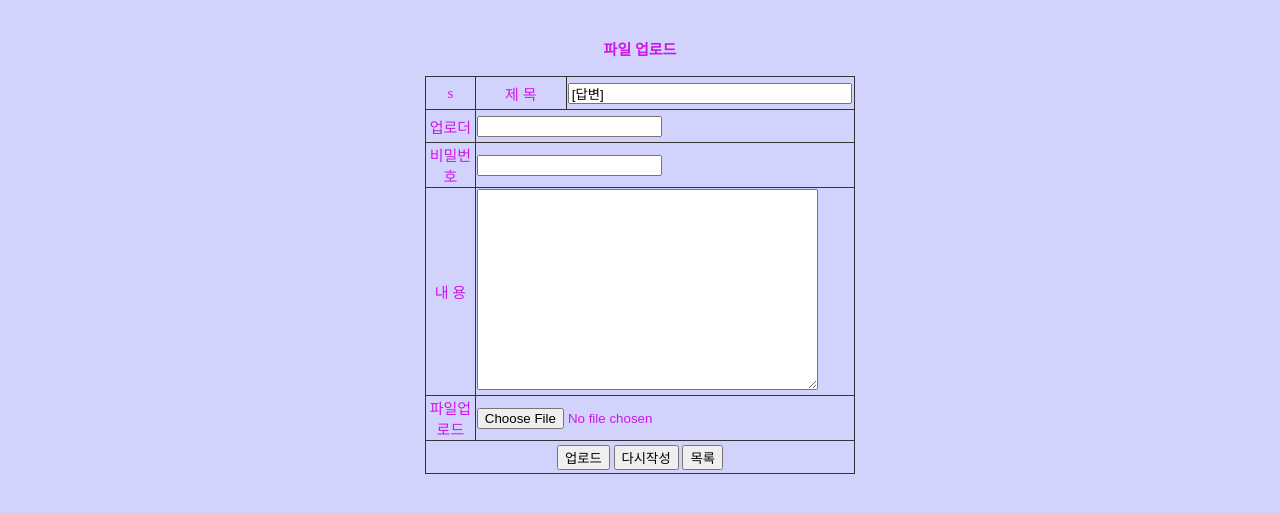
Repository: LouisKisaragi/BB-Bank
Page: http://localhost/FUBoard/board/writeForm.jsp
The author's editor kept a copy of each file at every save. The page is drawn from the files as they stood at one save, then again after the next save.
The browser window is 1280 px wide. The pictures show the whole page.
The page is served by Tomcat 9. Other server files are loaded and not shown.

Above is the page before, as saved 2017-11-10 04:44:34.

### workspace/FUBoard/WebContent/board/writeForm.jsp
<%@ page language="java" contentType="text/html; charset=UTF-8"
    pageEncoding="UTF-8"%>
<%@ taglib prefix="c" uri="http://java.sun.com/jsp/jstl/core" %>
<!DOCTYPE html>
<html>
<head>
<meta http-equiv="Content-Type" content="text/html; charset=UTF-8">
<title>게시판</title>
<script src="${pageContext.request.contextPath}/board/script.js"></script>
<link href="${pageContext.request.contextPath}/board/css/style.css" rel="stylesheet" type="text/css"/>
<link href="${pageContext.request.contextPath}/board/css/writeFormstyle.css" rel="stylesheet" type="text/css"/>
</head>
<body>
<section>
<article>
<b>파일 업로드</b>
<br></br>
<form method="post" name="writeForm" action="${pageContext.request.contextPath}/board/writePro.do"
	onsubmit="return writeSave()" enctype="multipart/form-data">
	<input type="hidden" name="num" value="${num}">
	<input type="hidden" name="ref" value="${ref}">
	<input type="hidden" name="step" value="${step}">
	<input type="hidden" name="depth" value="${depth}">
	<table class="board">
		<tr>
		<td class="attr">s</td>
			<td class="attr">제  목</td>
			<td>
				<c:if test="${num == 0}">
					<input class="input" type="text" name="subject">
				</c:if>
				<c:if test="${num != 0}">
					<input class="input" type="text" name="subject" value="[답변]">
				</c:if>
			</td>
		</tr>
		<tr>
			<td class="attr">업로더</td>
			<td COLSPAN="2">
				<input type="text" name="writer">
			</td>
		</tr>
		<tr>
			<td class="attr">비밀번호</td>
			<td COLSPAN="2">
				<input type="password" name="pass">
			</td>
		</tr>
		<tr>
			<td class="attr">내 용</td>
			<td COLSPAN="2">
				<textarea name="content" rows="13" cols="40"></textarea>
			</td>
		</tr>
		<tr>
			<td class="attr">파일업로드</td>
			<td COLSPAN="2">
				<input type="file"  name="file">
			</td>
		</tr>
		<tr>
			<td colspan="3" class="attr">
				<input type="submit" value="업로드">
				<input type="reset" value="다시작성">
				<input type="button" value="목록"
				OnClick="window.location='${pageContext.request.contextPath}/board/list.do'">
			</td>
		</tr>
		</table>
</form>
</article>
</section>
</body>
</html>

### workspace/FUBoard/WebContent/board/script.js
function writeSave(){
	if(document.writeForm.writer.value == ""){
		alert("작성자를 입력하세요.");
		document.writeForm.writer.focus();
		return false;
	}
	if(document.writeForm.subject.value == ""){
		alert("제목을 입력하세요.");
		document.writeForm.subject.focus();
		return false;
	}
	if(document.writeForm.content.value == ""){
		alert("내용을 입력하세요.");
		document.writeForm.content.focus();
		return false;
	}
	if(document.writeForm.pass.value == ""){
		alert("비밀번호를 입력하세요.");
		document.writeForm.pass.focus();
		return false;
	}
}

### workspace/FUBoard/WebContent/board/css/style.css
@CHARSET "UTF-8";
body{
	background-color:#d1d3fc;
	font-size:15px;
	color: #ce16e9;
	text-align: center;
}
a:link {
	text-decoration:nonecolor:#696969;
}
a:hover{
	text-decoration:yescolor:#66ccff;
}
a:visited {
	text-decoration:noncolor:#330066;
}

### workspace/FUBoard/WebContent/board/css/writeFormstyle.css
@CHARSET "UTF-8";
section{
	padding-top: 30px;
	width:430px;
	margin: auto;
	left:0; top:0; right:0; bottom:0;
}

.board{
	text-align:center;
	border-collapse:collapse;
}

.board td {
	border:1px solid #333;
	text-align:left;
	width:330px;
	height:30px;
	border:1px solid #333;
}
.board td .input{
	width:97%;
}
.board .attr{
	width: 100px;
	text-align:center;
}

After the next save:
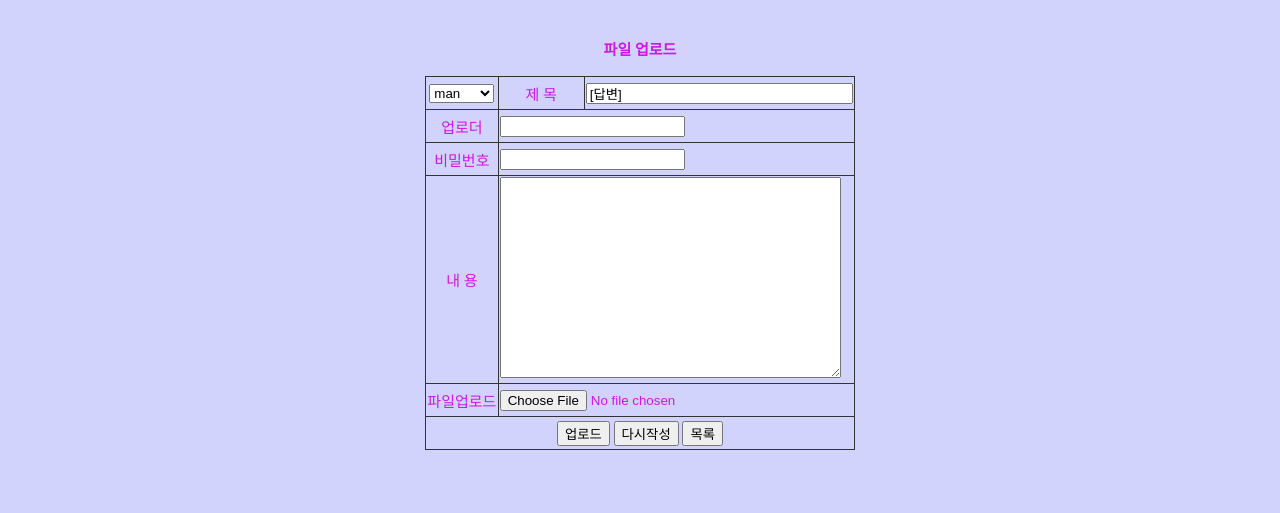
Saved 42 s later.
--- a/workspace/FUBoard/WebContent/board/writeForm.jsp
+++ b/workspace/FUBoard/WebContent/board/writeForm.jsp
@@ -23,7 +23,11 @@
 	<input type="hidden" name="depth" value="${depth}">
 	<table class="board">
 		<tr>
-		<td class="attr">s</td>
+		<td class="attr">
+					<select name="sex">
+						<option value="m">man</option>
+						<option value="w">woman</option>
+					</select></td>
 			<td class="attr">제  목</td>
 			<td>
 				<c:if test="${num == 0}">
